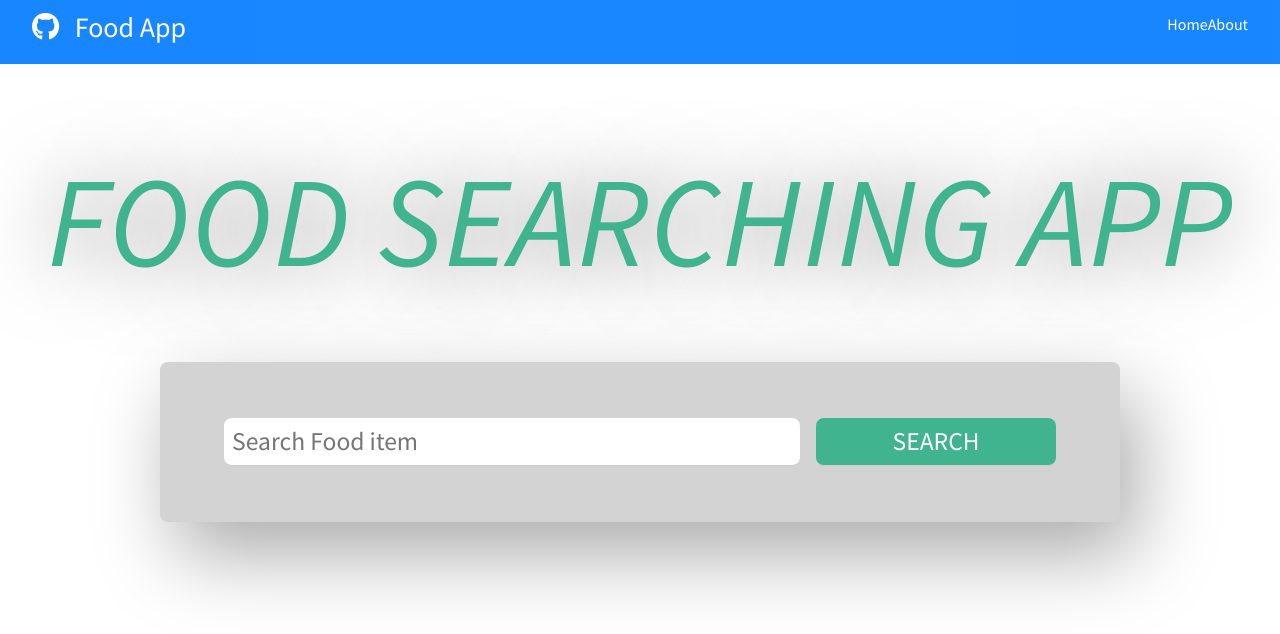
Repository: priyavmehta/React-Food-Recipe-App
Page: /
An editor plug-in stored every save of this project. The page is shown before and after the next save, followed by the edit.
The browser window is 1280 px wide. The pictures show the whole page.
Some web libraries are served in a nearby version. The project was rebuilt for these pictures with package versions that can differ from the ones it lists, and the page was loaded fresh each time. Also part of the build but not shown: src/Components/RecipeDetails.js, src/Components/Recipe.js, src/Components/Alert.js.

Above is the page before, as saved 2020-07-11 22:15:11.

After the next save:
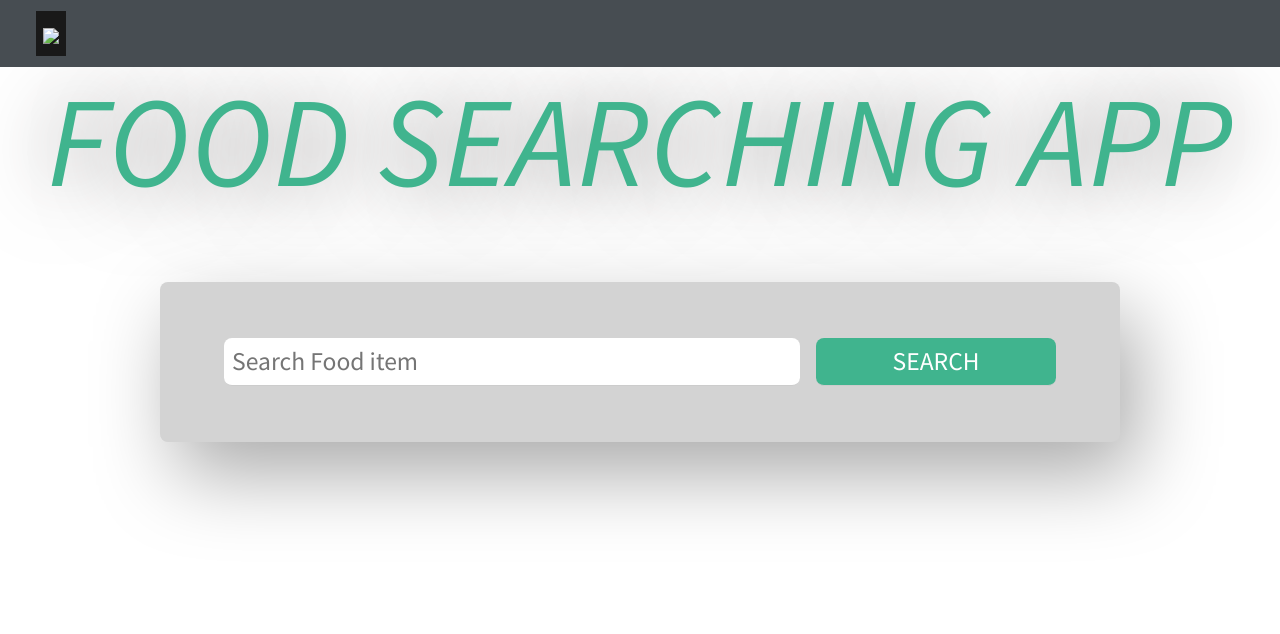
Not found: img/dish.png
Saved 11 min 2 s later.
--- a/src/Components/Navbar.js
+++ b/src/Components/Navbar.js
@@ -5,17 +5,33 @@ import { Link } from 'react-router-dom'
 const Navbar = ({icon, title}) => {
 
     return (
-        <nav className = "navbar bg-primary">
-            <h3>
-                <i className ={icon} style = {{marginRight : 10 + 'px'}}/> {title}
-            </h3>
-            <ul>
-                {/* <li><Link to="/">Home</Link></li>
-                <li><Link to="/about">About</Link></li>
-                 */}
-                <li>Home</li>
-                <li>About</li>
-            </ul>
+        <nav class="navbar navbar-expand-md navbar-light bg-dark fixed-top">
+            <a class="navbar-brand"><img src="img/dish.png" /></a>
+            {/* <button type="button" class="navbar-toggler bg-light" data-toggle="collapse" data-target="#nav">
+                <span class="navbar-toggler-icon"></span>
+            </button>
+            <div class="collapse navbar-collapse justify-content-between" id="nav">
+                <ul class="navbar-nav">
+                    <li class="nav-item" >
+                        <a class="nav-link text-light font-weight-bold px-3" href="#">HOME</a>
+                    </li>
+                    <li class="nav-item">
+                        <a class="nav-link text-light font-weight-bold px-3" href="#">ABOUT US</a>
+                    </li>
+                    <li class="nav-item">
+                        <a class="nav-link text-light font-weight-bold px-3" href="#">CONTACT</a>
+                    </li>
+                </ul>
+                <form class="form-inline ml-3">
+                    <div class="input-group">
+                        <input type="text" class="form-control " placeholder="Search" >
+                        <button type="submit"><i class="fa fa-search"></i></button>
+                    </div>
+
+                </form>
+
+            </div> */}
+
         </nav>
     )
 }
